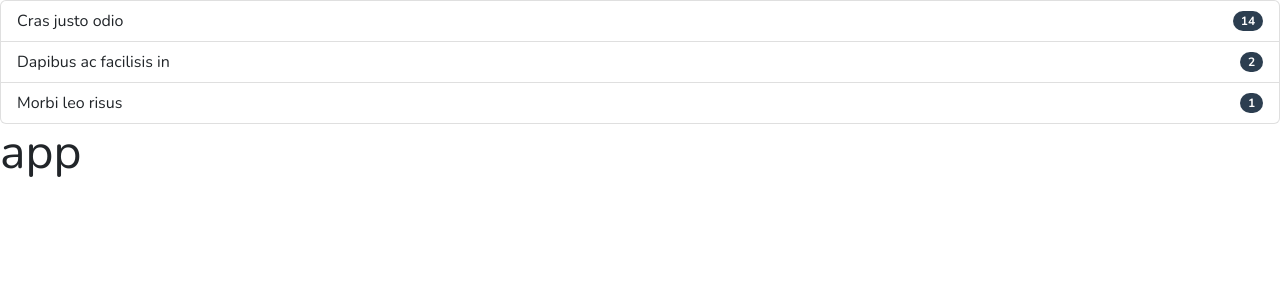
Repository: WaiMaungMaung/Mgr-site
Page: http://localhost/
These files come from the project's save history. The page is drawn as it stood at one moment and after the next save; the edit follows.
The browser window is 1280 px wide. The pictures show the whole page.
The page is served by the project's Laravel application, run on PHP 8.4 with Laravel 9. Other server files are loaded and not shown.

Above is the page before, as saved 2022-04-05 16:19:00.

### resources/views/welcome.blade.php
@extends('layouts.app')
<div id="container">
    <ul class="list-group">
        <li class="list-group-item d-flex justify-content-between align-items-center">
            Cras justo odio
            <span class="badge bg-primary rounded-pill">14</span>
        </li>
        <li class="list-group-item d-flex justify-content-between align-items-center">
            Dapibus ac facilisis in
            <span class="badge bg-primary rounded-pill">2</span>
        </li>
        <li class="list-group-item d-flex justify-content-between align-items-center">
            Morbi leo risus
            <span class="badge bg-primary rounded-pill">1</span>
        </li>
    </ul>
</div>

### resources/views/layouts/app.blade.php
<!DOCTYPE html>
<html lang="{{ str_replace('_', '-', app()->getLocale()) }}">

<head>
    <meta charset="utf-8">
    <meta name="viewport" content="width=device-width, initial-scale=1">

    <title>Laravel</title>

    <!-- Fonts -->
    <link href="https://fonts.googleapis.com/css2?family=Nunito:wght@400;600;700&display=swap" rel="stylesheet">
    <link rel="stylesheet" href="https://bootswatch.com/5/flatly/bootstrap.min.css">
    <!-- Styles -->
    <style>
        /*! normalize.css v8.0.1 | MIT License | github.com/necolas/normalize.css */
        html {
            line-height: 1.15;
            -webkit-text-size-adjust: 100%
        }

        body {
            margin: 0
        }

        a {
            background-color: transparent
        }

        [hidden] {
            display: none
        }

        html {
            font-family: system-ui, -apple-system, BlinkMacSystemFont, Segoe UI, Roboto, Helvetica Neue, Arial, Noto Sans, sans-serif, Apple Color Emoji, Segoe UI Emoji, Segoe UI Symbol, Noto Color Emoji;
            line-height: 1.5
        }

        *,
        :after,
        :before {
            box-sizing: border-box;
            border: 0 solid #e2e8f0
        }

        a {
            color: inherit;
            text-decoration: inherit
        }

        svg,
        video {
            display: block;
            vertical-align: middle
        }

        video {
            max-width: 100%;
            height: auto
        }

        .bg-white {
            --bg-opacity: 1;
            background-color: #fff;
            background-color: rgba(255, 255, 255, var(--bg-opacity))
        }

        .bg-gray-100 {
            --bg-opacity: 1;
            background-color: #f7fafc;
            background-color: rgba(247, 250, 252, var(--bg-opacity))
        }

        .border-gray-200 {
            --border-opacity: 1;
            border-color: #edf2f7;
            border-color: rgba(237, 242, 247, var(--border-opacity))
        }

        .border-t {
            border-top-width: 1px
        }

        .flex {
            display: flex
        }

        .grid {
            display: grid
        }

        .hidden {
            display: none
        }

        .items-center {
            align-items: center
        }

        .justify-center {
            justify-content: center
        }

        .font-semibold {
            font-weight: 600
        }

        .h-5 {
            height: 1.25rem
        }

        .h-8 {
            height: 2rem
        }

        .h-16 {
            height: 4rem
        }

        .text-sm {
            font-size: .875rem
        }

        .text-lg {
            font-size: 1.125rem
        }

        .leading-7 {
            line-height: 1.75rem
        }

        .mx-auto {
            margin-left: auto;
            margin-right: auto
        }

        .ml-1 {
            margin-left: .25rem
        }

        .mt-2 {
            margin-top: .5rem
        }

        .mr-2 {
            margin-right: .5rem
        }

        .ml-2 {
            margin-left: .5rem
        }

        .mt-4 {
            margin-top: 1rem
        }

        .ml-4 {
            margin-left: 1rem
        }

        .mt-8 {
            margin-top: 2rem
        }

        .ml-12 {
            margin-left: 3rem
        }

        .-mt-px {
            margin-top: -1px
        }

        .max-w-6xl {
            max-width: 72rem
        }

        .min-h-screen {
            min-height: 100vh
        }

        .overflow-hidden {
            overflow: hidden
        }

        .p-6 {
            padding: 1.5rem
        }

        .py-4 {
            padding-top: 1rem;
            padding-bottom: 1rem
        }

        .px-6 {
            padding-left: 1.5rem;
            padding-right: 1.5rem
        }

        .pt-8 {
            padding-top: 2rem
        }

        .fixed {
            position: fixed
        }

        .relative {
            position: relative
        }

        .top-0 {
            top: 0
        }

        .right-0 {
            right: 0
        }

        .shadow {
            box-shadow: 0 1px 3px 0 rgba(0, 0, 0, .1), 0 1px 2px 0 rgba(0, 0, 0, .06)
        }

        .text-center {
            text-align: center
        }

        .text-gray-200 {
            --text-opacity: 1;
            color: #edf2f7;
            color: rgba(237, 242, 247, var(--text-opacity))
        }

        .text-gray-300 {
            --text-opacity: 1;
            color: #e2e8f0;
            color: rgba(226, 232, 240, var(--text-opacity))
        }

        .text-gray-400 {
            --text-opacity: 1;
            color: #cbd5e0;
            color: rgba(203, 213, 224, var(--text-opacity))
        }

        .text-gray-500 {
            --text-opacity: 1;
            color: #a0aec0;
            color: rgba(160, 174, 192, var(--text-opacity))
        }

        .text-gray-600 {
            --text-opacity: 1;
            color: #718096;
            color: rgba(113, 128, 150, var(--text-opacity))
        }

        .text-gray-700 {
            --text-opacity: 1;
            color: #4a5568;
            color: rgba(74, 85, 104, var(--text-opacity))
        }

        .text-gray-900 {
            --text-opacity: 1;
            color: #1a202c;
            color: rgba(26, 32, 44, var(--text-opacity))
        }

        .underline {
            text-decoration: underline
        }

        .antialiased {
            -webkit-font-smoothing: antialiased;
            -moz-osx-font-smoothing: grayscale
        }

        .w-5 {
            width: 1.25rem
        }

        .w-8 {
            width: 2rem
        }

        .w-auto {
            width: auto
        }

        .grid-cols-1 {
            grid-template-columns: repeat(1, minmax(0, 1fr))
        }

        @media (min-width:640px) {
            .sm\:rounded-lg {
                border-radius: .5rem
            }

            .sm\:block {
                display: block
            }

            .sm\:items-center {
                align-items: center
            }

            .sm\:justify-start {
                justify-content: flex-start
            }

            .sm\:justify-between {
                justify-content: space-between
            }

            .sm\:h-20 {
                height: 5rem
            }

            .sm\:ml-0 {
                margin-left: 0
            }

            .sm\:px-6 {
                padding-left: 1.5rem;
                padding-right: 1.5rem
            }

            .sm\:pt-0 {
                padding-top: 0
            }

            .sm\:text-left {
                text-align: left
            }

            .sm\:text-right {
                text-align: right
            }
        }

        @media (min-width:768px) {
            .md\:border-t-0 {
                border-top-width: 0
            }

            .md\:border-l {
                border-left-width: 1px
            }

            .md\:grid-cols-2 {
                grid-template-columns: repeat(2, minmax(0, 1fr))
            }
        }

        @media (min-width:1024px) {
            .lg\:px-8 {
                padding-left: 2rem;
                padding-right: 2rem
            }
        }

        @media (prefers-color-scheme:dark) {
            .dark\:bg-gray-800 {
                --bg-opacity: 1;
                background-color: #2d3748;
                background-color: rgba(45, 55, 72, var(--bg-opacity))
            }

            .dark\:bg-gray-900 {
                --bg-opacity: 1;
                background-color: #1a202c;
                background-color: rgba(26, 32, 44, var(--bg-opacity))
            }

            .dark\:border-gray-700 {
                --border-opacity: 1;
                border-color: #4a5568;
                border-color: rgba(74, 85, 104, var(--border-opacity))
            }

            .dark\:text-white {
                --text-opacity: 1;
                color: #fff;
                color: rgba(255, 255, 255, var(--text-opacity))
            }

            .dark\:text-gray-400 {
                --text-opacity: 1;
                color: #cbd5e0;
                color: rgba(203, 213, 224, var(--text-opacity))
            }

            .dark\:text-gray-500 {
                --tw-text-opacity: 1;
                color: #6b7280;
                color: rgba(107, 114, 128, var(--tw-text-opacity))
            }
        }

    </style>

    <style>
        body {
            font-family: 'Nunito', sans-serif;
        }

    </style>
</head>

<body class="antialiased">
    <div id="app">
        @yield('content')
        <h1>app</h1>
    </div>
</body>

</html>

Loaded but not shown: routes/web.php (common file)

After the next save:
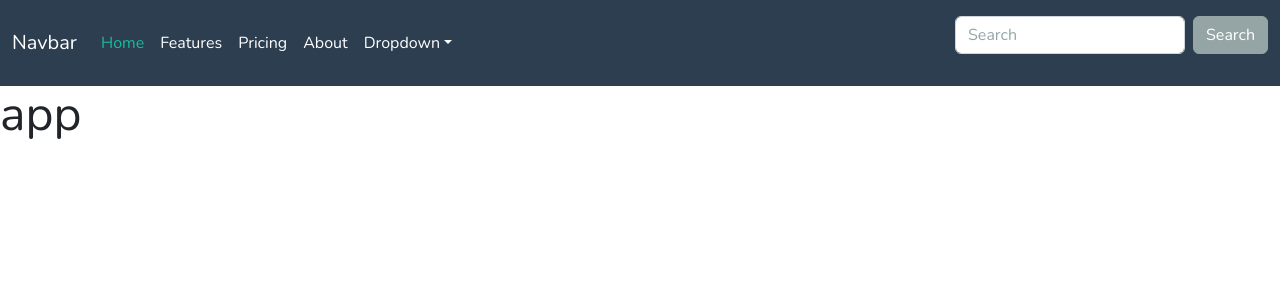
Saved 43 s later.
--- a/resources/views/welcome.blade.php
+++ b/resources/views/welcome.blade.php
@@ -1,17 +1,46 @@
 @extends('layouts.app')
 <div id="container">
-    <ul class="list-group">
-        <li class="list-group-item d-flex justify-content-between align-items-center">
-            Cras justo odio
-            <span class="badge bg-primary rounded-pill">14</span>
-        </li>
-        <li class="list-group-item d-flex justify-content-between align-items-center">
-            Dapibus ac facilisis in
-            <span class="badge bg-primary rounded-pill">2</span>
-        </li>
-        <li class="list-group-item d-flex justify-content-between align-items-center">
-            Morbi leo risus
-            <span class="badge bg-primary rounded-pill">1</span>
-        </li>
-    </ul>
+    <nav class="navbar navbar-expand-lg navbar-dark bg-primary">
+        <div class="container-fluid">
+            <a class="navbar-brand" href="#">Navbar</a>
+            <button class="navbar-toggler" type="button" data-bs-toggle="collapse" data-bs-target="#navbarColor01"
+                aria-controls="navbarColor01" aria-expanded="false" aria-label="Toggle navigation">
+                <span class="navbar-toggler-icon"></span>
+            </button>
+
+            <div class="collapse navbar-collapse" id="navbarColor01">
+                <ul class="navbar-nav me-auto">
+                    <li class="nav-item">
+                        <a class="nav-link active" href="#">Home
+                            <span class="visually-hidden">(current)</span>
+                        </a>
+                    </li>
+                    <li class="nav-item">
+                        <a class="nav-link" href="#">Features</a>
+                    </li>
+                    <li class="nav-item">
+                        <a class="nav-link" href="#">Pricing</a>
+                    </li>
+                    <li class="nav-item">
+                        <a class="nav-link" href="#">About</a>
+                    </li>
+                    <li class="nav-item dropdown">
+                        <a class="nav-link dropdown-toggle" data-bs-toggle="dropdown" href="#" role="button"
+                            aria-haspopup="true" aria-expanded="false">Dropdown</a>
+                        <div class="dropdown-menu">
+                            <a class="dropdown-item" href="#">Action</a>
+                            <a class="dropdown-item" href="#">Another action</a>
+                            <a class="dropdown-item" href="#">Something else here</a>
+                            <div class="dropdown-divider"></div>
+                            <a class="dropdown-item" href="#">Separated link</a>
+                        </div>
+                    </li>
+                </ul>
+                <form class="d-flex">
+                    <input class="form-control me-sm-2" type="text" placeholder="Search">
+                    <button class="btn btn-secondary my-2 my-sm-0" type="submit">Search</button>
+                </form>
+            </div>
+        </div>
+    </nav>
 </div>
